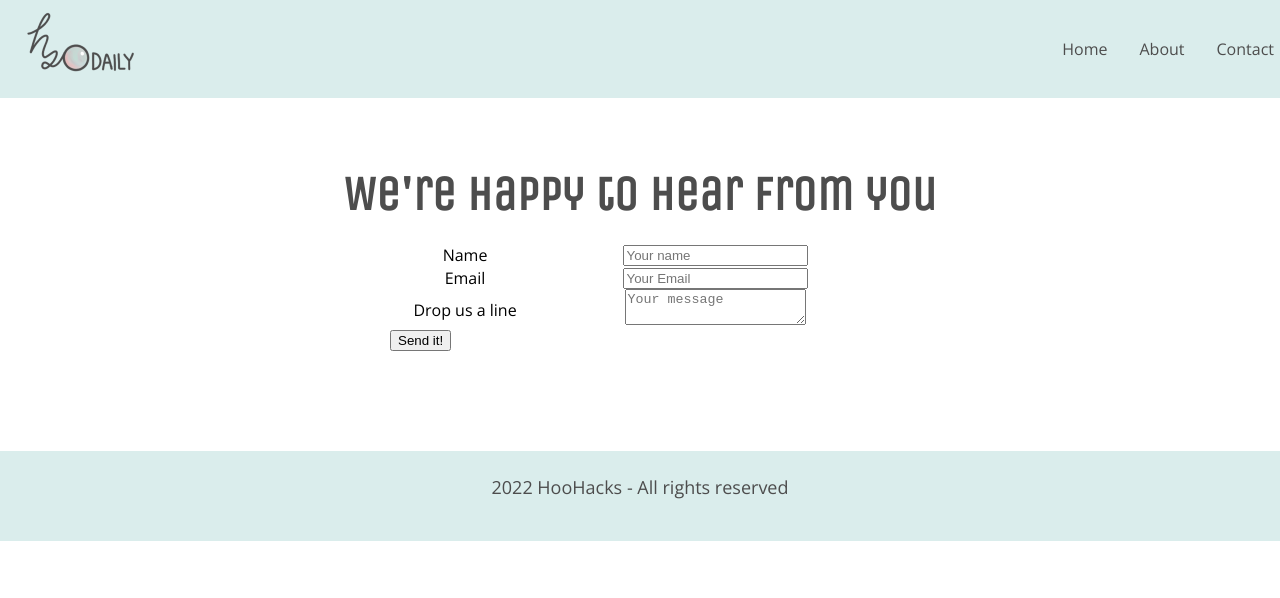
Repository: jennyjjung/H2ODaily
Page: contact.html
An editor plug-in stored every save of this project. The page is shown before and after the next save, followed by the edit.
The browser window is 1280 px wide. The pictures show the whole page.

Above is the page before, as saved 2022-03-26 20:54:48.

After the next save:
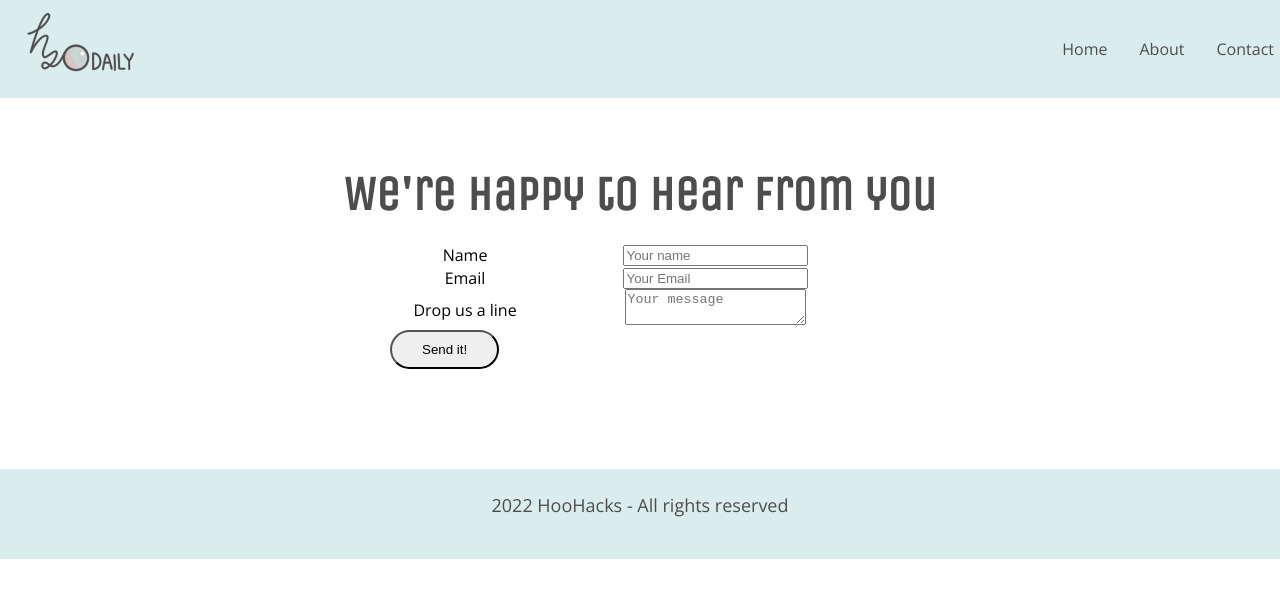
Saved 64 s later.
--- a/style.css
+++ b/style.css
@@ -171,3 +171,12 @@ form {
 .table__input {
   width: 70%;
 }
+
+input[type="submit"] {
+  display: inline-block;
+  padding: 10px 30px;
+  font-weight: 300;
+  text-decoration: none;
+  border-radius: 200px;
+  transition: background-color 0.2s, border 0.2s, color 0.2s;
+}
